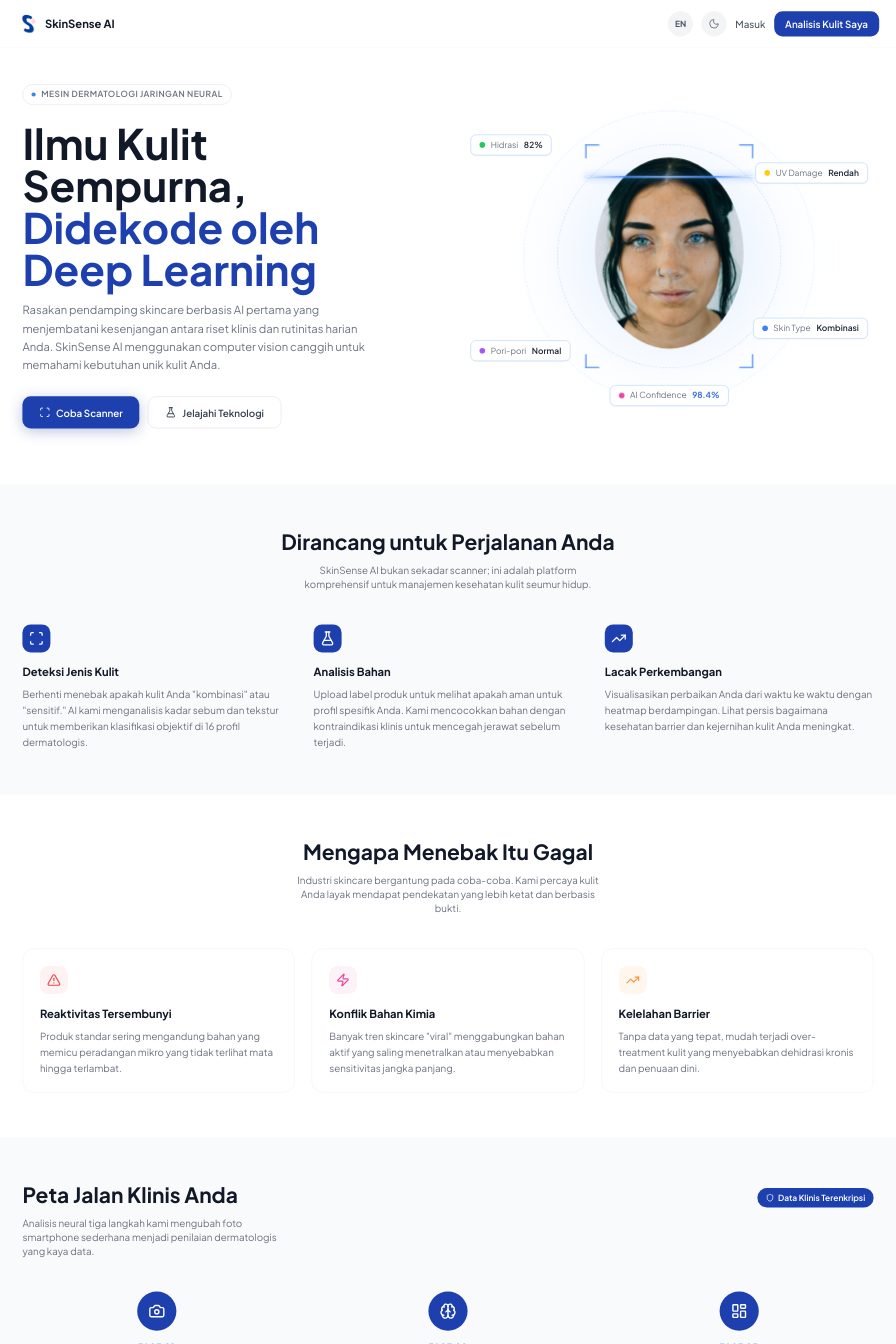
Repository: Celinahanaa/SkinSenseAI
Page: /
These files come from the project's save history. The page is drawn as it stood at one moment and after the next save; the edit follows.
The browser window is 1280 px wide. The pictures show the part of the page from y = 0 to 1920 px (the page is 6700 px tall before and 3350 px after), at 70% of full size.
Some web fonts or font styles are not loaded; a fallback is used. The project was rebuilt for these pictures with package versions that can differ from the ones it lists, and the page was loaded fresh each time. Also part of the build but not shown: vite.config.js, src/components/Navbar.jsx, frontend/src/services/api.js, frontend/src/context/AuthContext.jsx, frontend/src/components/ProtectedRoute.jsx, src/pages/Home.jsx, src/pages/Login.jsx, src/pages/Register.jsx and 5 more.

Above is the page before, as saved 2026-05-16 15:16:42.

After the next save:
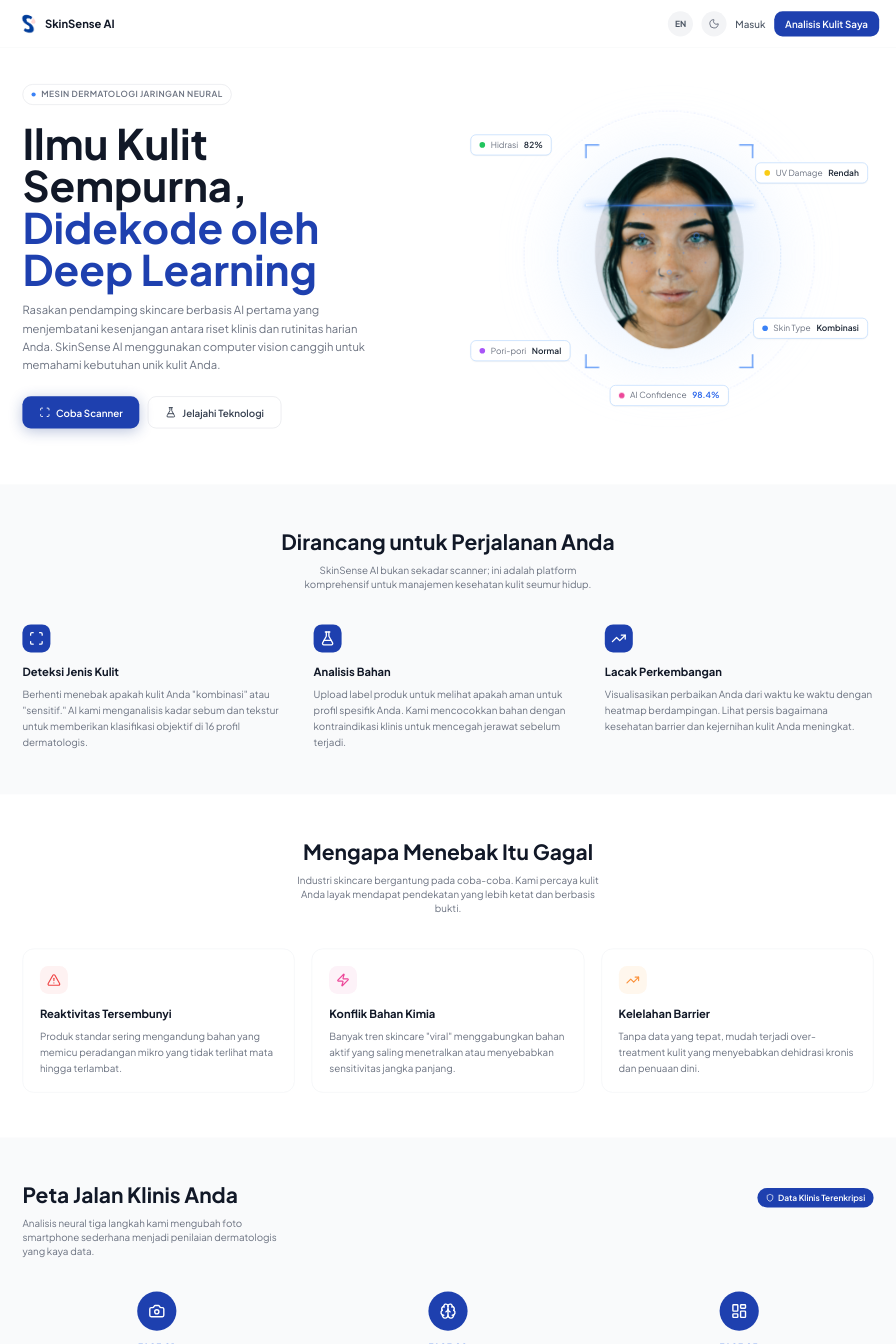
Saved 9 min 36 s later.
--- a/src/main.jsx
+++ b/src/main.jsx
@@ -6,12 +6,6 @@ import { GoogleOAuthProvider } from '@react-oauth/google'
 
 createRoot(document.getElementById('root')).render(
   <StrictMode>
-    <App />
-  </StrictMode>,
-)
-
-createRoot(document.getElementById('root')).render(
-  <StrictMode>
     <GoogleOAuthProvider clientId="285642663285-q7no7s1i7jgkh9ul4fu0lconj7njnpas.apps.googleusercontent.com">
       <App />
     </GoogleOAuthProvider>
